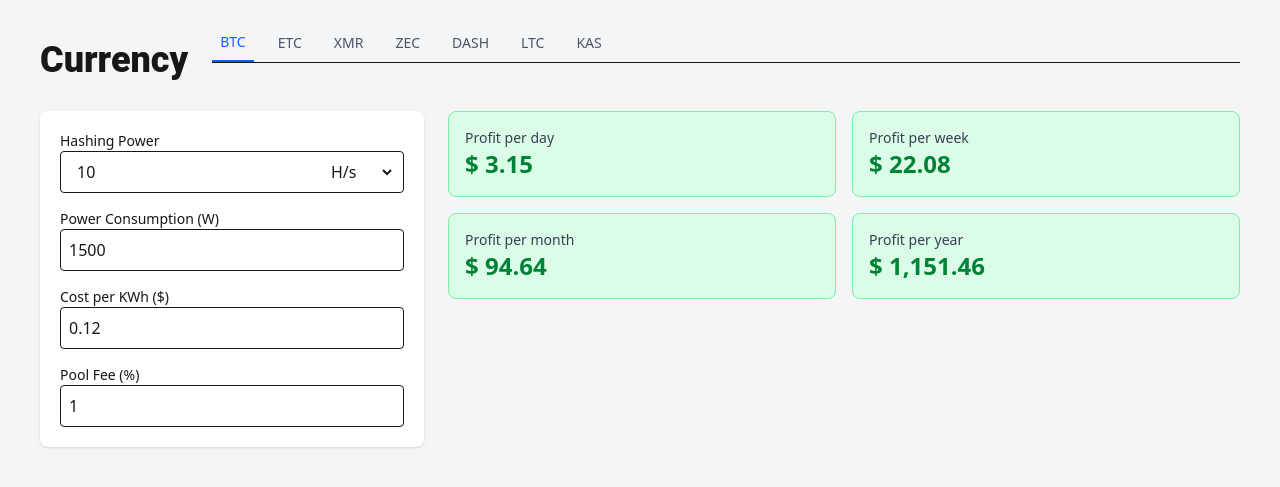
Repository: Bilal-Ahmad-CodeMaster/crypto-proj
Page: /
These files come from the project's save history. The page is drawn as it stood at one moment and after the next save; the edit follows.
The browser window is 1280 px wide. The pictures show the whole page.
The project was rebuilt for these pictures with package versions that can differ from the ones it lists, and the page was loaded fresh each time. The framework's server and built-in components were replaced by stand-ins that run in the browser. Also part of the build but not shown: next.config.ts.

Above is the page before, as saved 2025-11-25 21:10:14.

After the next save:
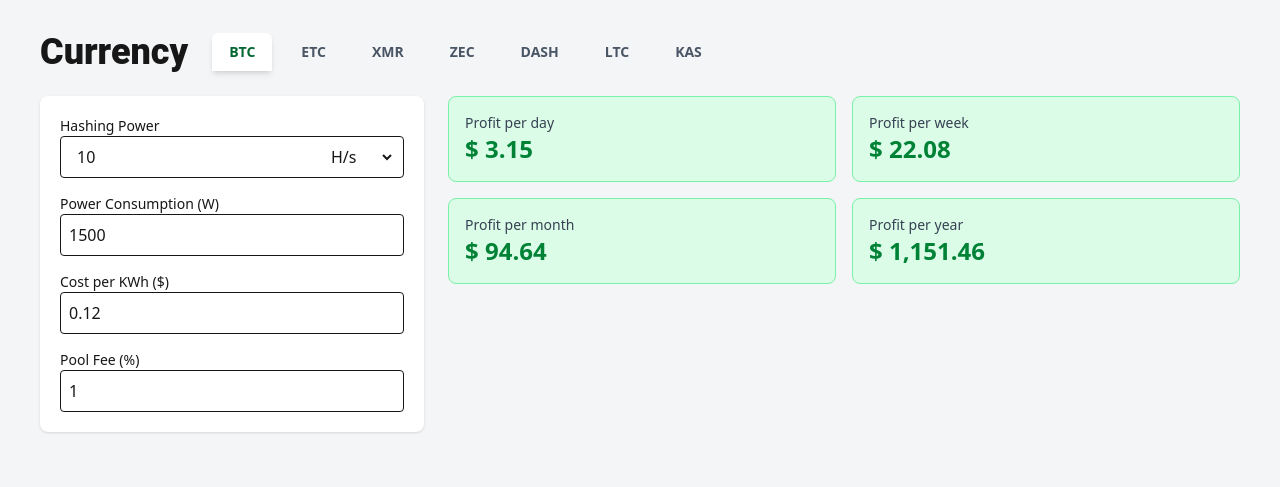
Saved 13 s later.
--- a/src/app/components/Tabs.tsx
+++ b/src/app/components/Tabs.tsx
@@ -1,25 +1,20 @@
-"use client";
-import React from "react";
+'use client'
+import React from 'react'
 
-interface Props {
-    active: string;
-    setActive: (id: string) => void;
-    tabs: { id: string; label: string }[];
-}
 
-export default function Tabs({ active, setActive, tabs }: Props) {
+export default function Tabs({ active, setActive, tabs }: { active: string; setActive: (s: string) => void; tabs: { id: string; label: string }[] }) {
     return (
-        <div className="flex space-x-4 border-b mb-6">
-            {tabs.map((t) => (
+        <div className="flex gap-3 items-end">
+            {tabs.map(t => (
                 <button
                     key={t.id}
                     onClick={() => setActive(t.id)}
-                    className={`pb-2 px-2 text-sm font-medium
-            ${active === t.id ? "border-b-2 border-blue-600 text-blue-600" : "text-gray-600"}`}
+                    className={`tab-pill ${active === t.id ? 'bg-white border-gray-200 shadow-md text-green-800' : 'text-gray-600 hover:text-gray-800'}`}
+                    style={{ minWidth: 56 }}
                 >
                     {t.label}
                 </button>
             ))}
         </div>
-    );
+    )
 }
